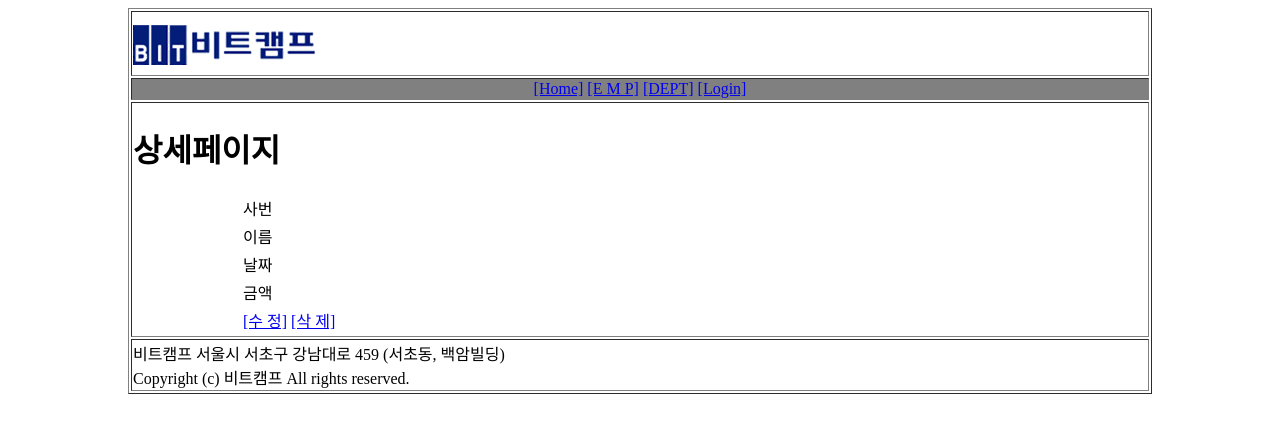
Repository: Lee-seongBeom/bitclass
Page: http://localhost/web06/edit.jsp
The author's editor kept a copy of each file at every save. The page is drawn from the files as they stood at one save, then again after the next save.
The browser window is 1280 px wide. The pictures show the whole page.
The page is served by Tomcat 9.

Above is the page before, as saved 2020-07-06 06:53:36.

### web/web06/WebContent/edit.jsp
<%@ page language="java" contentType="text/html; charset=EUC-KR"
    pageEncoding="EUC-KR"%>
<!DOCTYPE html PUBLIC "-//W3C//DTD HTML 4.01 Transitional//EN" "http://www.w3.org/TR/html4/loose.dtd">
<html>
<head>
<meta http-equiv="Content-Type" content="text/html; charset=EUC-KR">
<title>Insert title here</title>
</head>
<body>
	<table border="1" width="1024" align="center">
		<tr>
			<td>
				<img src="img/logo.png">
			</td>
		</tr>
		<tr>
			<td bgcolor="gray" align="center">
				<a href="./">[Home]</a>
				<a href="/web06/list.jsp">[E M P]</a>
				<a href="#">[DEPT]</a>
				<a href="#">[Login]</a>
			</td>
		</tr>
		<tr>
			<td>
			<!--content start  -->
			<h1>상세페이지</h1>
			<table width="800" align="center">
				<tr>
					<td>사번</td>
					<td></td>
				</tr>
				<tr>
					<td>이름</td>
					<td></td>
				</tr>
				<tr>
					<td>날짜</td>
					<td></td>
				</tr>
				<tr>
					<td>금액</td>
					<td></td>
				</tr>
				<tr>
					<td colspan="2">
						<a href="#">[수 정]</a>
						<a href="#">[삭 제]</a>
					</td>
				</tr>
			</table>
			<!--content end -->
			</td>
		</tr>
		<tr>
			<td>비트캠프 서울시 서초구 강남대로 459 (서초동, 백암빌딩)<br>
				Copyright (c) 비트캠프 All rights reserved.
			</td>
		</tr>
	</table>
</body>
</html>

After the next save:
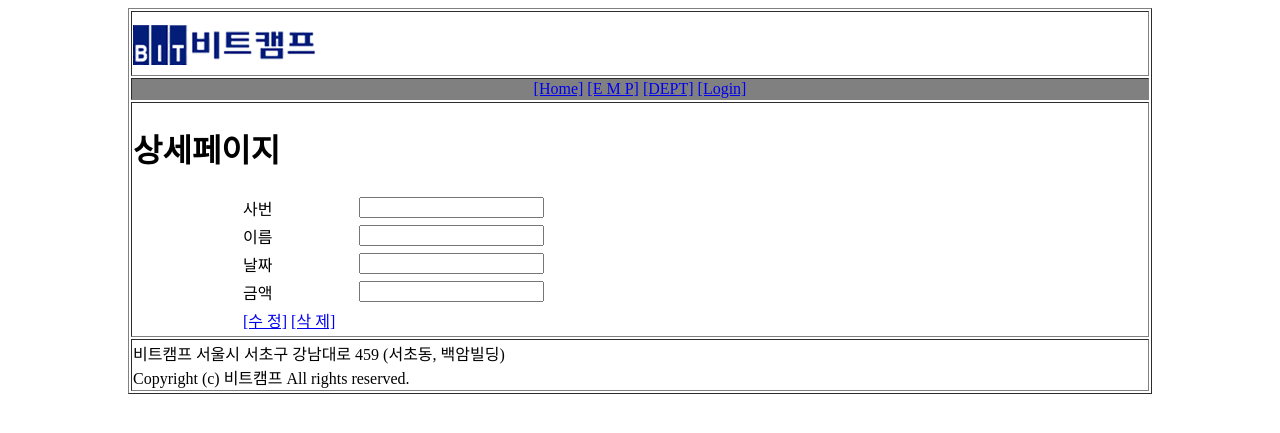
Saved 58 s later.
--- a/web/web06/WebContent/edit.jsp
+++ b/web/web06/WebContent/edit.jsp
@@ -28,24 +28,24 @@
 			<table width="800" align="center">
 				<tr>
 					<td>사번</td>
-					<td></td>
+					<td><input type="text" name="sabun"></td>
 				</tr>
 				<tr>
 					<td>이름</td>
-					<td></td>
+					<td><input type="text" name="sabun"></td>
 				</tr>
 				<tr>
 					<td>날짜</td>
-					<td></td>
+					<td><input type="text" name="sabun"></td>
 				</tr>
 				<tr>
 					<td>금액</td>
-					<td></td>
+					<td><input type="text" name="sabun"></td>
 				</tr>
 				<tr>
 					<td colspan="2">
-						<a href="#">[수 정]</a>
-						<a href="#">[삭 제]</a>
+						<a href="edit.jsp?idx=">[수 정]</a>
+						<a href="delete.jsp?idx">[삭 제]</a>
 					</td>
 				</tr>
 			</table>

After the save that followed:
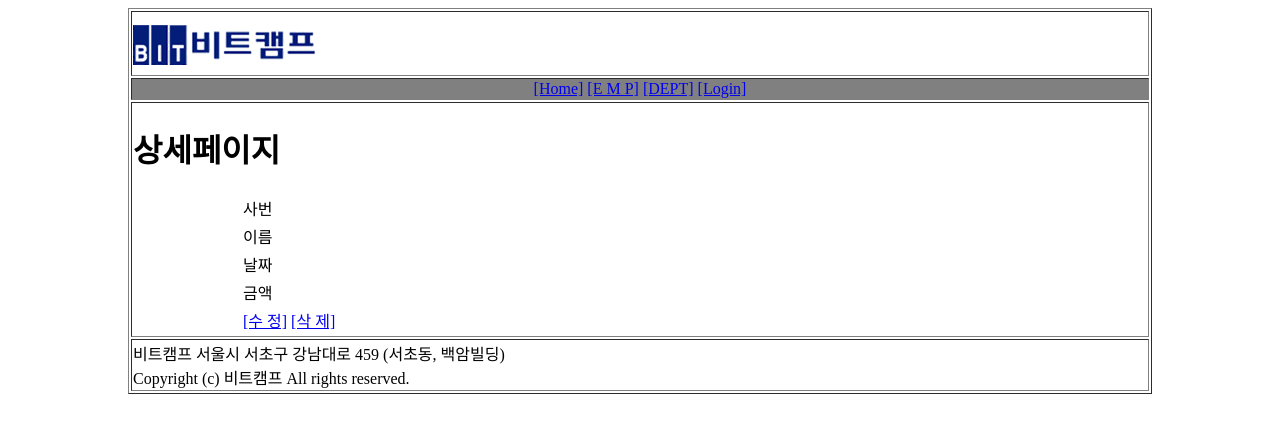
Saved 83 s later.
--- a/web/web06/WebContent/edit.jsp
+++ b/web/web06/WebContent/edit.jsp
@@ -24,23 +24,26 @@
 		<tr>
 			<td>
 			<!--content start  -->
+			<%
+			com.bit.emp.Emp02Detail emp = new com.bit.emp.Emp02Detail();
+			%>
 			<h1>상세페이지</h1>
 			<table width="800" align="center">
 				<tr>
 					<td>사번</td>
-					<td><input type="text" name="sabun"></td>
+					<td></td>
 				</tr>
 				<tr>
 					<td>이름</td>
-					<td><input type="text" name="sabun"></td>
+					<td></td>
 				</tr>
 				<tr>
 					<td>날짜</td>
-					<td><input type="text" name="sabun"></td>
+					<td></td>
 				</tr>
 				<tr>
 					<td>금액</td>
-					<td><input type="text" name="sabun"></td>
+					<td></td>
 				</tr>
 				<tr>
 					<td colspan="2">
